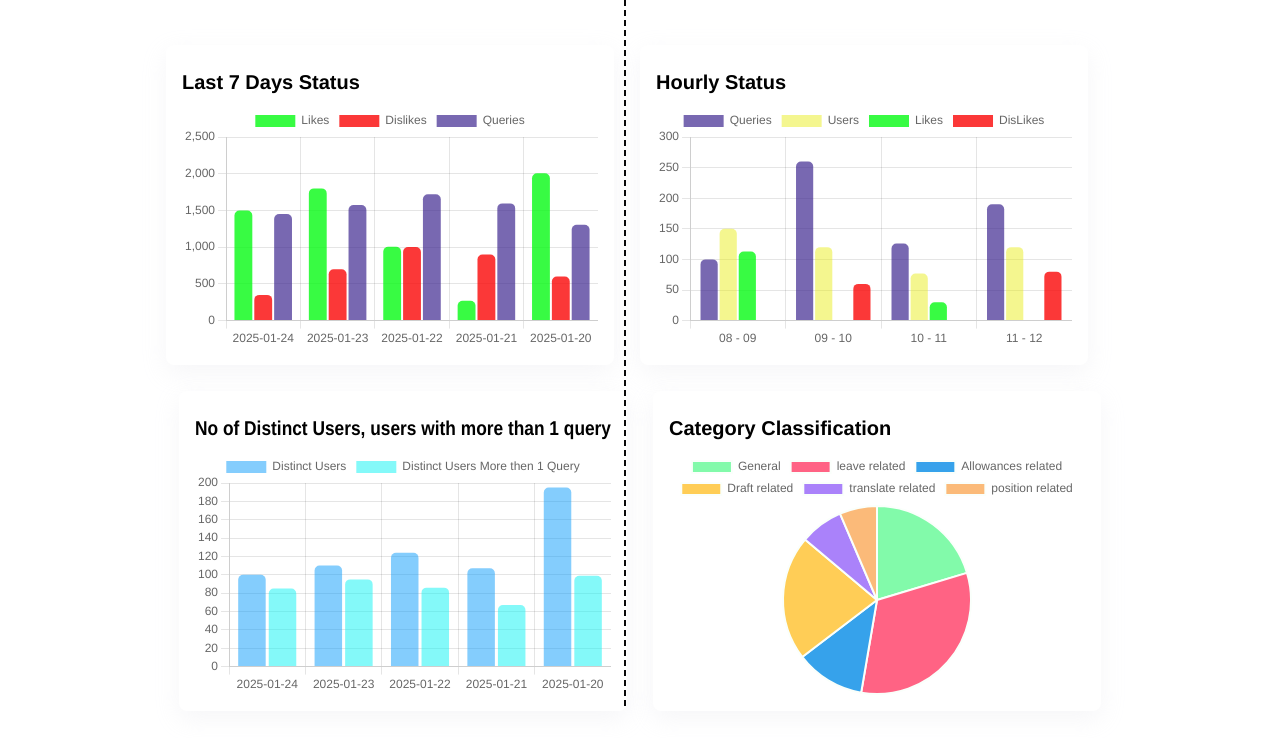
Repository: NAGARAJ-DEVELOPER/Dashboard
Page: /
An editor plug-in stored every save of this project. The page is shown before and after the next save, followed by the edit.
The browser window is 1280 px wide. The pictures show the whole page.
The project was rebuilt for these pictures with package versions that can differ from the ones it lists, and the page was loaded fresh each time. Also part of the build but not shown: vite.config.js.

Above is the page before, as saved 2025-02-12 00:51:12.

### src/App.jsx
import React from "react";
import { Chart as ChartJS, defaults } from "chart.js/auto";
import { Bar, Doughnut, Line, Pie } from "react-chartjs-2";

import "./App.css";


import sourceData from "./data/sourceData.json";
import Week from "./data/7days.json";
import toady from "./data/Today.json";
import user from "./data/Users.json";
import category from "./data/Category.json";

defaults.maintainAspectRatio = false;
defaults.responsive = true;

defaults.plugins.title.display = true;
defaults.plugins.title.align = "start";
defaults.plugins.title.font.size = 20;
defaults.plugins.title.color = "black";

export const App = () => {


  return (
   <>
   <div>
    <br></br>

   </div>
    <div className="App">

        <div className="dataCard categoryCard">
        <Bar
          data={{
            labels: Week.map((data) => data.DATE1),
            datasets: [
              {
                label: "Likes",
                data: Week.map((data) => data.number_of_likes),
                backgroundColor: [
             "rgba(7, 250, 20, 0.8)",
                ],
                borderRadius: 5,
              },
              {
                label: "Dislikes",
                data: Week.map((data) => data.number_of_dislikes),
                backgroundColor: [

                  "rgba(250, 7, 7, 0.8)",

                ],
                borderRadius: 5,
              },
              {
                label: "Queries",
                data: Week.map((data) => data.number_of_ques),
                backgroundColor: [
                  "rgba(63, 40, 145, 0.7)",
                ],
                borderRadius: 5,
              },
            ],
          }}
          options={{
            plugins: {
              title: {
                text: "Last 7 Days Status",
              },
            },
          }}
        />
      </div>


      <div className="dataCard categoryCard">
        <Bar
          data={{
            labels: toady.map((data) => data.B_TIME),
            datasets: [
              {
                label: "Queries",
                data: toady.map((data) => data.C_Questions),
                backgroundColor: [
                  "rgba(63, 40, 145, 0.7)",
                ],
                borderRadius: 5,
              },
              {
                label: "Users",
                data: toady.map((data) => data.D_Users),
                backgroundColor: [

                  "rgba(231, 235, 8, 0.45)",

                ],
                borderRadius: 5,
              },
              {
                label: "Likes",
                data: toady.map((data) => data.F_Likes),
                backgroundColor: [
                  "rgba(7, 250, 20, 0.8)",
                ],
                borderRadius: 5,
              },
              {
                label: "DisLikes",
                data: toady.map((data) => data.Dis_Likes),
                backgroundColor: [
                  "rgba(250, 7, 7, 0.8)",
                ],
                borderRadius: 5,
              },
            ],
          }}
          options={{
            plugins: {
              title: {
                text: "Hourly Status",
              },
            },
          }}
        />
      </div>
      <diV className="dotted"></diV>
      <div className="vl"></div>

      <div className="dataCard categoryCard">
        <Bar
          data={{
            labels: user.map((data) => data.DATE1),
            datasets: [
              {
                label: "Distinct Users",
                data: user.map((data) => data.number_of_distinct_users),
                backgroundColor: 'rgba(10, 155, 252, 0.5)',
                borderRadius: 5,
              },
              {
                label: "Distinct Users More then 1 Query",
                data: user.map((data) => data.Distinct_Users_more_1query),
                backgroundColor:'rgba(10, 243, 243, 0.5)',
                borderRadius: 5,
              },
            ],
          }}
          options={{
            plugins: {
              title: {
                text: "No of Distinct Users, users with more than 1 query",
              },
            },
          }}
        />
      </div>


      <div className="dataCard categoryCard">
        <Pie
          data={{
            labels: category.map((data) => data.category),
            datasets: [
              {
                label: "Count",
                data: category.map((data) => data.COUNT_CAT),
                backgroundColor: [
                  'rgba(7, 245, 86, 0.5)',
         'rgb(255, 99, 132)',
      'rgb(54, 162, 235)',
      'rgb(255, 205, 86)',
        'rgba(86, 6, 245, 0.5)',
        'rgba(247, 129, 11, 0.55)',
                ],
                borderColor: [
                  'rgb(250, 255, 251)',
                  'rgb(250, 255, 251)',
                  'rgb(250, 255, 251)',
                  'rgb(250, 255, 251)',
                  'rgb(250, 255, 251)',
                  'rgb(250, 255, 251)',
                ],animation :Pie,
              },
            ],
          }}
          options={{
            plugins: {
              title: {
                text: "Category Classification",
              },
            },
          }}
        />
      </div>
    </div>
    </>
  );
};

### src/App.css
.App {
  height: 100vh;
  width: 100%;
  display: flex;
  flex-direction: row;
  align-items: center;
  justify-content: center;
  align-content: center;
  gap: 2vw;
  flex-wrap: wrap;
  background-color: #ffffff;
  overflow: auto;
}

.dotted {
  border-top: 20px dotted #0a0a0a;
}
.vl {
  border-left: 2px dashed rgb(8, 8, 8);
  height: 98%;
  position: absolute;
  left: 49%;
  margin-left: -3px;
  top: 0;
}
.dataCard {
  background-color: #ffffff;
  border-radius: 0.5em;
  box-shadow: rgba(208, 210, 218, 0.2) 0px 8px 24px;
  padding: 1em;
}

.revenueCard {
  width: 92%;
  height: 20rem;
}

.customerCard {
  width: 50%;
  height: 20rem;
}

.categoryCard {
  width: 35%;
  height: 20rem;
}

### src/data/sourceData.json
[
  {
    "label": "Queries",
    "value": 327787
  },
  {
    "label": "Likes",
    "value": 45877
  },
  {
    "label": "Dislikes",
    "value": 238787
  }
]

### src/data/7days.json
[
    {  "DATE1": "2025-01-24", "number_of_dislikes": 350, "number_of_likes": 1500,  "number_of_ques": 1452 },
    {  "DATE1": "2025-01-23", "number_of_dislikes": 700, "number_of_likes": 1800,  "number_of_ques": 1574 },
    {  "DATE1": "2025-01-22", "number_of_dislikes": 1003, "number_of_likes": 1005,  "number_of_ques": 1720 },
    {  "DATE1": "2025-01-21", "number_of_dislikes": 900, "number_of_likes": 270,  "number_of_ques": 1596 },
    {  "DATE1": "2025-01-20", "number_of_dislikes": 600, "number_of_likes": 2005,  "number_of_ques": 1304 }
  ]

### src/data/Today.json
[
  { "A_DATE": "2025-01-27", "B_TIME": "08 - 09", "C_Questions": 100, "D_Users": 150 ,"F_Likes": 113},
  { "A_DATE": "2025-01-27",  "B_TIME": "09 - 10", "C_Questions": 260, "D_Users": 120,"Dis_Likes":60},
  { "A_DATE": "2025-01-27", "B_TIME": "10 - 11", "C_Questions": 126, "D_Users": 77, "F_Likes": 30 },
  { "A_DATE": "2025-01-27", "B_TIME": "11 - 12", "C_Questions": 190, "D_Users": 120,"Dis_Likes":80 }
]

### src/data/Users.json
[
  {  "DATE1": "2025-01-24", "number_of_distinct_users": 100, "Distinct_Users_more_1query": 85 },
  {  "DATE1": "2025-01-23", "number_of_distinct_users": 110, "Distinct_Users_more_1query": 95 },
  {  "DATE1": "2025-01-22", "number_of_distinct_users": 124, "Distinct_Users_more_1query": 86  },
  {  "DATE1": "2025-01-21", "number_of_distinct_users": 107, "Distinct_Users_more_1query": 67  },
  {  "DATE1": "2025-01-20", "number_of_distinct_users": 195, "Distinct_Users_more_1query": 99  }
]

### src/data/Category.json
[
  { "category": "General", "COUNT_CAT": 2434 },
  { "category": "leave related", "COUNT_CAT": 3870 },
  { "category": "Allowances related", "COUNT_CAT": 1430 },
  { "category": "Draft related", "COUNT_CAT": 2569 },
  { "category": "translate related", "COUNT_CAT": 891 },
  { "category": "position related", "COUNT_CAT": 770 }
]

Loaded but not shown: index.html (common file); src/main.jsx (common file); src/index.css (common file)

After the next save:
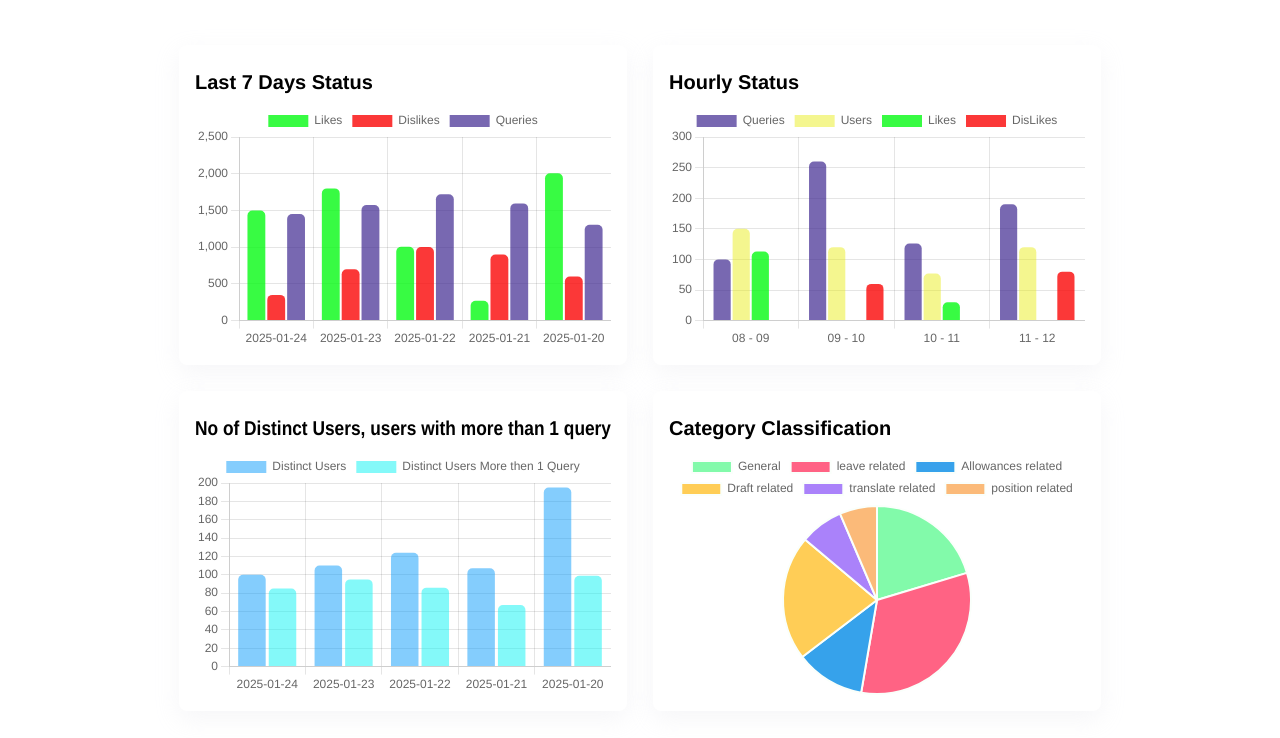
Saved 14 s later.
--- a/src/App.jsx
+++ b/src/App.jsx
@@ -124,8 +124,7 @@ export const App = () => {
           }}
         />
       </div>
-      <diV className="dotted"></diV>
-      <div className="vl"></div>
+
 
       <div className="dataCard categoryCard">
         <Bar
